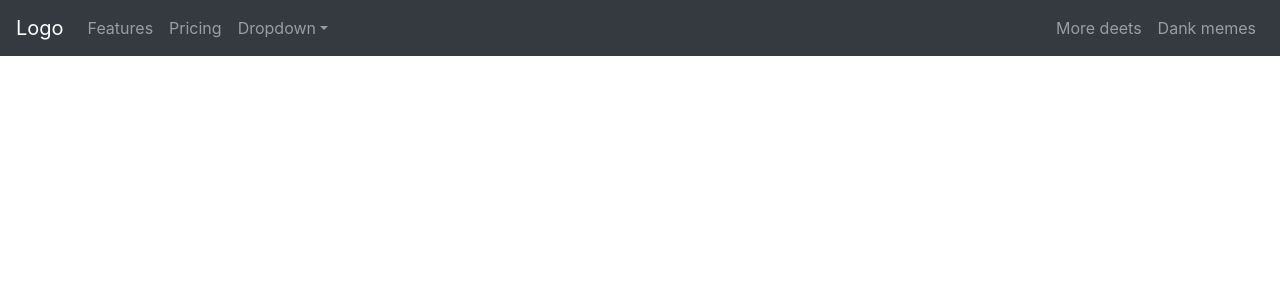
Repository: schweizercode/schweezzy
Page: /
The author's editor kept a copy of each file at every save. The page is drawn from the files as they stood at one save, then again after the next save.
The browser window is 1280 px wide. The pictures show the whole page.
The project was rebuilt for these pictures with package versions that can differ from the ones it lists, and the page was loaded fresh each time.

Above is the page before, as saved 2021-04-12 16:48:19.

### public/index.html
<!DOCTYPE html>
<html lang="en">

<head>
  <meta charset="utf-8" />
  <link rel="icon" href="%PUBLIC_URL%/favicon.ico" />
  <meta name="viewport" content="width=device-width, initial-scale=1" />
  <meta name="theme-color" content="#000000" />
  <meta name="description" content="Web site created using create-react-app" />
  <link rel="apple-touch-icon" href="%PUBLIC_URL%/logo192.png" />
  <link rel="stylesheet" href="https://cdn.jsdelivr.net/npm/bootstrap@4.6.0/dist/css/bootstrap.min.css"
    integrity="sha384-B0vP5xmATw1+K9KRQjQERJvTumQW0nPEzvF6L/Z6nronJ3oUOFUFpCjEUQouq2+l" crossorigin="anonymous" />
  <!--
      manifest.json provides metadata used when your web app is installed on a
      user's mobile device or desktop. See https://developers.google.com/web/fundamentals/web-app-manifest/
    -->
  <link rel="manifest" href="%PUBLIC_URL%/manifest.json" />
  <!--
      Notice the use of %PUBLIC_URL% in the tags above.
      It will be replaced with the URL of the `public` folder during the build.
      Only files inside the `public` folder can be referenced from the HTML.

      Unlike "/favicon.ico" or "favicon.ico", "%PUBLIC_URL%/favicon.ico" will
      work correctly both with client-side routing and a non-root public URL.
      Learn how to configure a non-root public URL by running `npm run build`.
    -->
  <title>React App</title>
</head>

<body>
  <noscript>You need to enable JavaScript to run this app.</noscript>
  <div id="root"></div>
  <!--
      This HTML file is a template.
      If you open it directly in the browser, you will see an empty page.

      You can add webfonts, meta tags, or analytics to this file.
      The build step will place the bundled scripts into the <body> tag.

      To begin the development, run `npm start` or `yarn start`.
      To create a production bundle, use `npm run build` or `yarn build`.
    -->
</body>

</html>

### src/App.js
import React from 'react';
import './App.css';
import Navbar from "./Navbar.js"


function App() {
  return (
    <div className="App">
      <Navbar />

    </div>
  );
}

export default App;

### src/Navbar.js
import { React } from 'react';
import * as ReactBootStrap from 'react-bootstrap';


function Nav() {
    return (

        <>
            <ReactBootStrap.Navbar collapseOnSelect expand="lg" bg="dark" variant="dark">
                <ReactBootStrap.Navbar.Brand href="#home">Logo</ReactBootStrap.Navbar.Brand>
                <ReactBootStrap.Navbar.Toggle aria-controls="responsive-navbar-nav" />
                <ReactBootStrap.Navbar.Collapse id="responsive-navbar-nav">
                    <ReactBootStrap.Nav className="mr-auto">
                        <ReactBootStrap.Nav.Link href="#features">Features</ReactBootStrap.Nav.Link>
                        <ReactBootStrap.Nav.Link href="#pricing">Pricing</ReactBootStrap.Nav.Link>
                        <ReactBootStrap.NavDropdown title="Dropdown" id="collasible-nav-dropdown">
                            <ReactBootStrap.NavDropdown.Item href="#action/3.1">Action</ReactBootStrap.NavDropdown.Item>
                            <ReactBootStrap.NavDropdown.Item href="#action/3.2">Another action</ReactBootStrap.NavDropdown.Item>
                            <ReactBootStrap.NavDropdown.Item href="#action/3.3">Something</ReactBootStrap.NavDropdown.Item>
                            <ReactBootStrap.NavDropdown.Divider />
                            <ReactBootStrap.NavDropdown.Item href="#action/3.4">Separated link</ReactBootStrap.NavDropdown.Item>
                        </ReactBootStrap.NavDropdown>
                    </ReactBootStrap.Nav>
                    <ReactBootStrap.Nav>
                        <ReactBootStrap.Nav.Link href="#deets">More deets</ReactBootStrap.Nav.Link>
                        <ReactBootStrap.Nav.Link eventKey={2} href="#memes">
                            Dank memes
      </ReactBootStrap.Nav.Link>
                    </ReactBootStrap.Nav>
                </ReactBootStrap.Navbar.Collapse>
            </ReactBootStrap.Navbar>
        </>

    );
}

export default Nav;

Loaded but not shown: src/index.js (common file); src/index.css (common file); src/reportWebVitals.js (common file); src/App.css (common file)

After the next save:
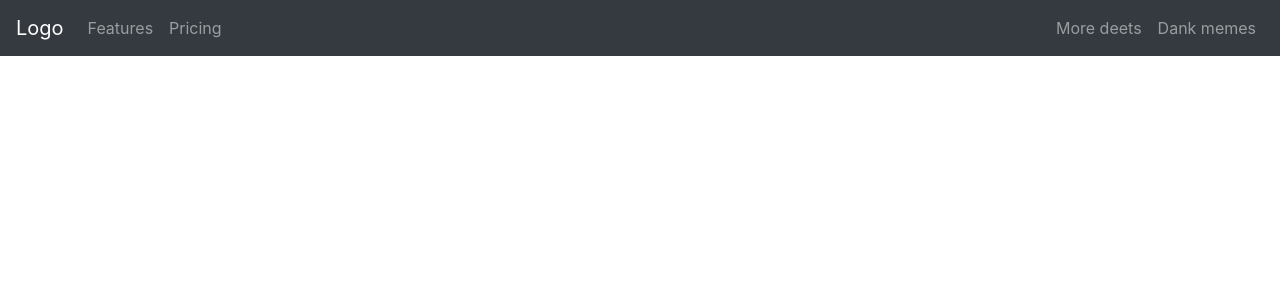
Saved 10 s later.
--- a/src/Navbar.js
+++ b/src/Navbar.js
@@ -13,13 +13,13 @@ function Nav() {
                     <ReactBootStrap.Nav className="mr-auto">
                         <ReactBootStrap.Nav.Link href="#features">Features</ReactBootStrap.Nav.Link>
                         <ReactBootStrap.Nav.Link href="#pricing">Pricing</ReactBootStrap.Nav.Link>
-                        <ReactBootStrap.NavDropdown title="Dropdown" id="collasible-nav-dropdown">
+                        {/* <ReactBootStrap.NavDropdown title="Dropdown" id="collasible-nav-dropdown">
                             <ReactBootStrap.NavDropdown.Item href="#action/3.1">Action</ReactBootStrap.NavDropdown.Item>
                             <ReactBootStrap.NavDropdown.Item href="#action/3.2">Another action</ReactBootStrap.NavDropdown.Item>
                             <ReactBootStrap.NavDropdown.Item href="#action/3.3">Something</ReactBootStrap.NavDropdown.Item>
                             <ReactBootStrap.NavDropdown.Divider />
                             <ReactBootStrap.NavDropdown.Item href="#action/3.4">Separated link</ReactBootStrap.NavDropdown.Item>
-                        </ReactBootStrap.NavDropdown>
+                        </ReactBootStrap.NavDropdown> */}
                     </ReactBootStrap.Nav>
                     <ReactBootStrap.Nav>
                         <ReactBootStrap.Nav.Link href="#deets">More deets</ReactBootStrap.Nav.Link>
